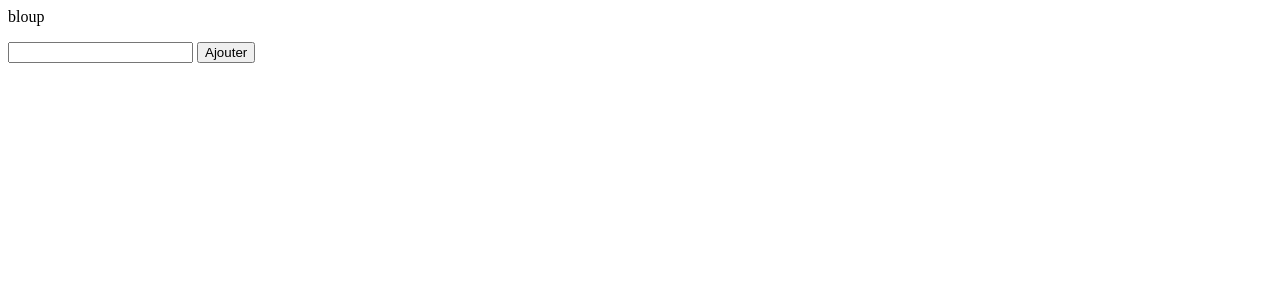
Repository: CyrilleRieau/java
Page: http://localhost/JavaWeb2/ToDoServlet
An editor plug-in stored every save of this project. The page is shown before and after the next save, followed by the edit.
The browser window is 1280 px wide. The pictures show the whole page.
The page is served by Tomcat 9. Other server files are loaded and not shown.

Above is the page before, as saved 2017-11-07 13:49:43.

### JavaWeb2/WebContent/todo.jsp
<%@ page language="java" contentType="text/html; charset=UTF-8"
    pageEncoding="UTF-8"%>
<%@ taglib uri="http://java.sun.com/jsp/jstl/core" prefix="c" %>

<!DOCTYPE html PUBLIC "-//W3C//DTD HTML 4.01 Transitional//EN" "http://www.w3.org/TR/html4/loose.dtd">
<html>
<head>
<meta http-equiv="Content-Type" content="text/html; charset=UTF-8">
<title>Insert title here</title>
</head>
<body>
	${variable}
	<ul>
	<c:forEach items="${bloup}" var="item">
		<li>${item}</li>
	</c:forEach>
	</ul>
	<form action="" method="post">
		<input type="text" name="nouveau" />
		<button>Ajouter</button>
	</form>
</body>
</html>

### JavaWeb2/src/javaweb2/servlets/ToDoServlet.java
package javaweb2.servlets;

import java.io.IOException;
import java.util.ArrayList;
import java.util.List;

import javax.servlet.ServletException;
import javax.servlet.annotation.WebServlet;
import javax.servlet.http.HttpServlet;
import javax.servlet.http.HttpServletRequest;
import javax.servlet.http.HttpServletResponse;

/**
 * Servlet implementation class ToDoServlet
 */
@WebServlet("/ToDoServlet")
public class ToDoServlet extends HttpServlet {
	private static final long serialVersionUID = 1L;

	private List<String> liste = new ArrayList<>();

    /**
     * @see HttpServlet#HttpServlet()
     */
    public ToDoServlet() {
        super();
        // TODO Auto-generated constructor stub
        liste.add("ga");
        liste.add("zo");
        liste.add("bu");
    }

	/**
	 * @see HttpServlet#doGet(HttpServletRequest request, HttpServletResponse response)
	 */
	protected void doGet(HttpServletRequest request, HttpServletResponse response) throws ServletException, IOException {
		// TODO Auto-generated method stub
		request.setAttribute("variable", "bloup");
		request.setAttribute("items", liste);
		request.getRequestDispatcher("/todo.jsp").forward(request,  response);
	}

	/**
	 * @see HttpServlet#doPost(HttpServletRequest request, HttpServletResponse response)
	 */
	protected void doPost(HttpServletRequest request, HttpServletResponse response) throws ServletException, IOException {
		// TODO Auto-generated method stub
		liste.add((String)request.getParameter("nouveau"));
		doGet(request, response);
	}

}

After the next save:
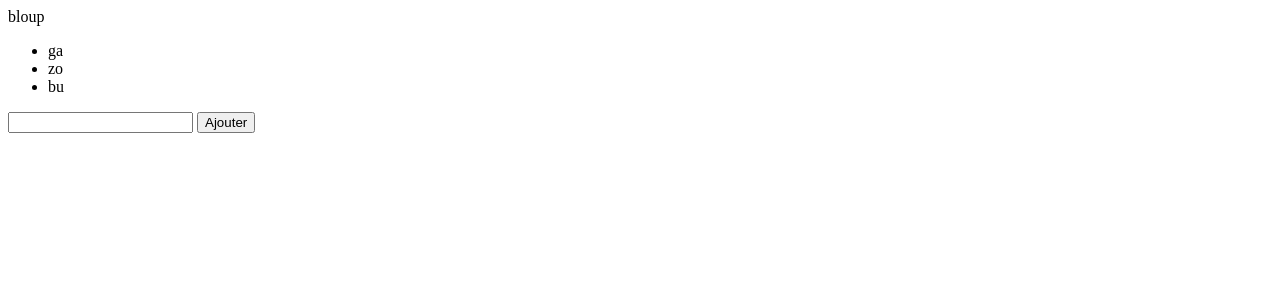
Saved 1 s later.
--- a/JavaWeb2/WebContent/todo.jsp
+++ b/JavaWeb2/WebContent/todo.jsp
@@ -11,7 +11,7 @@
 <body>
 	${variable}
 	<ul>
-	<c:forEach items="${bloup}" var="item">
+	<c:forEach items="${items}" var="item">
 		<li>${item}</li>
 	</c:forEach>
 	</ul>
